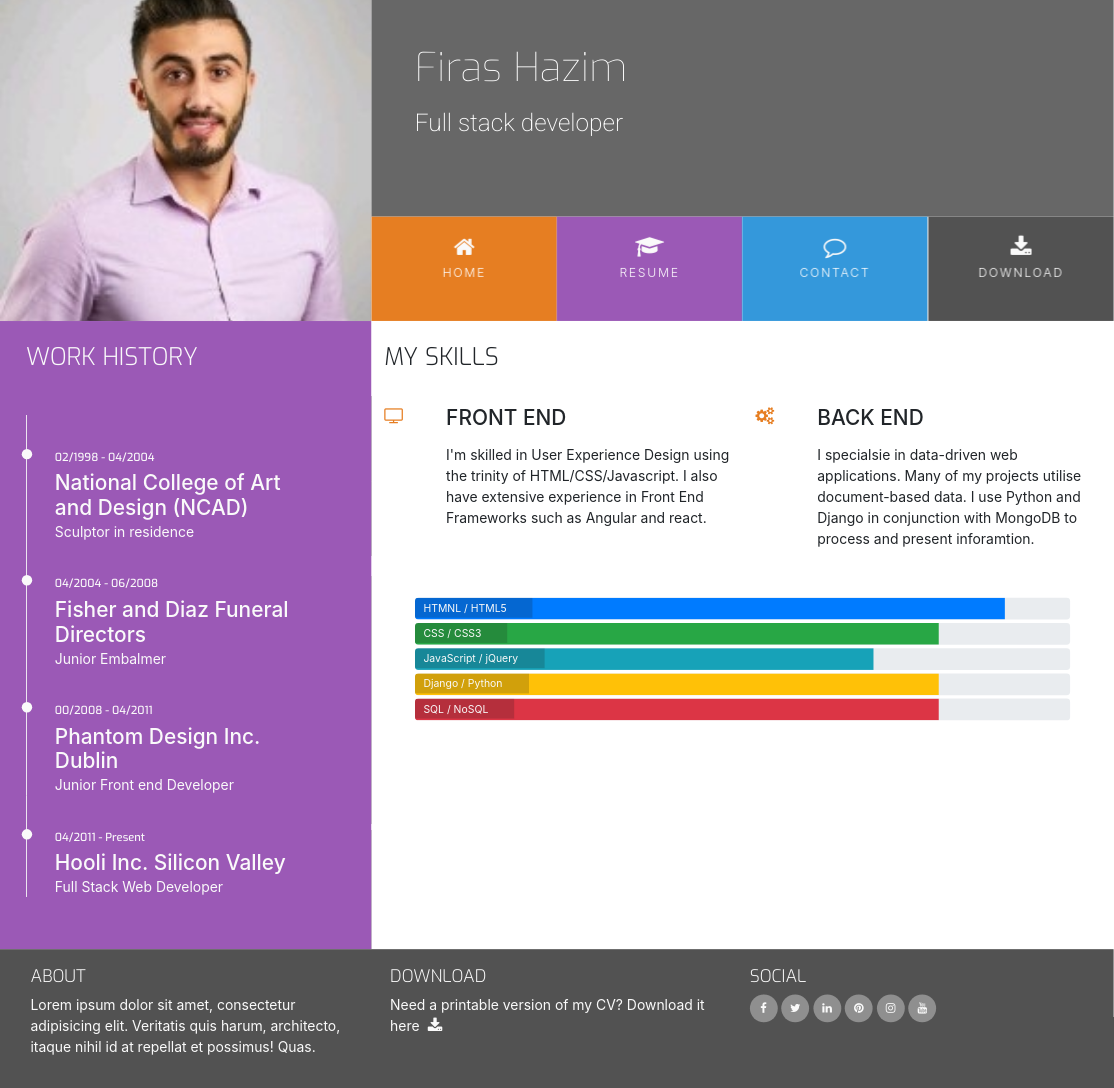
Repository: FirasH94/ResumeProject
Page: resume.html
The author's editor kept a record of every edit. The page is drawn from the files as they stood at one moment, then again after the next edit.
The browser window is 1280 px wide. The pictures show the whole page, at 87% of full size.

Above is the page before.

After the next edit:
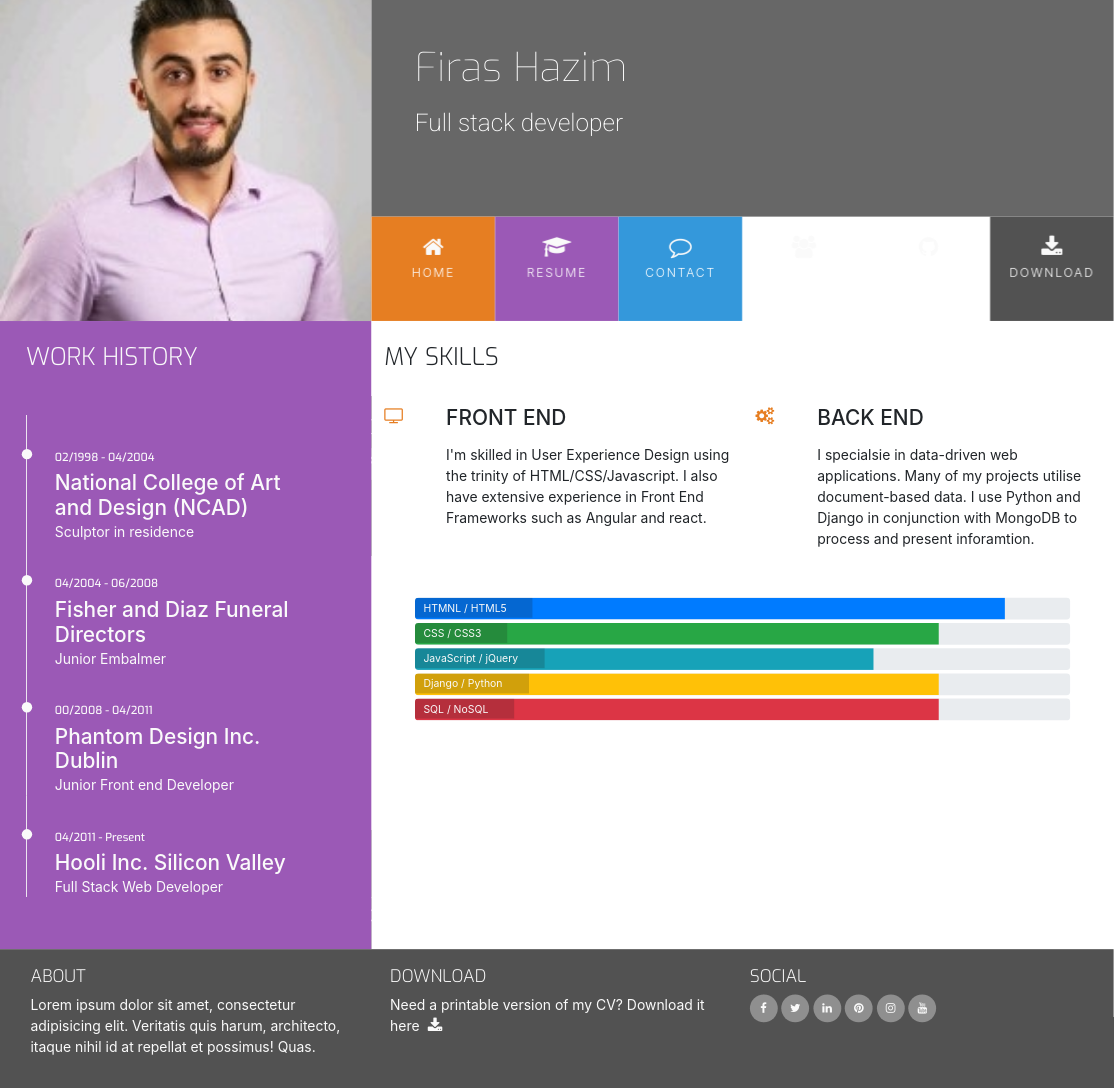
The edit:
--- a/resume.html
+++ b/resume.html
@@ -25,17 +25,23 @@
                 </div>
                 <div class="row no-gutters">
                     <div class="col">
-                        <ul id="nav" class="list-inline menucontainer">
-                            <li class="col-6 col-sm-3 ui-menu-color-home list-inline-item menuitem hvr-sweep-to-bottom">
+                          <ul id="nav" class="list-inline menucontainer">
+                            <li class="col-6 col-sm-2 ui-menu-color-home list-inline-item menuitem hvr-sweep-to-bottom">
                                 <a href="index.html"><i class="fa fa-home" aria-hidden="true"></i><span>Home</span></a>
                             </li>
-                            <li class="col-6 col-sm-3 ui-menu-color-resume list-inline-item menuitem hvr-sweep-to-bottom">
+                            <li class="col-6 col-sm-2 ui-menu-color-resume list-inline-item menuitem hvr-sweep-to-bottom">
                                 <a href="resume.html"><i class="fa fa-graduation-cap" aria-hidden="true"></i><span>Resume</span></a>
                             </li>
-                            <li class="col-6 col-sm-3 ui-menu-color-contact list-inline-item menuitem hvr-sweep-to-bottom">
+                            <li class="col-6 col-sm-2 ui-menu-color-contact list-inline-item menuitem hvr-sweep-to-bottom">
                                 <a href="contact.html"><i class="fa fa-comment-o" aria-hidden="true"></i><span>Contact</span></a>
                             </li>
-                            <li class="col-6 col-sm-3 ui-menu-color-download list-inline-item menuitem hvr-sweep-to-bottom">
+                            <li class="col-6 col-sm-2 ui-menu-color-interests list-inline-item menuitem hvr-sweep-to-bottom">
+                                <a href="interests.html"><i class="fa fa-users" aria-hidden="true"></i><span>Interests</span></a>
+                            </li>
+                            <li class="col-6 col-sm-2 ui-menu-color-github list-inline-item menuitem hvr-sweep-to-bottom">
+                                <a href="github.html"><i class="fa fa-github" aria-hidden="true"></i><span>Github</span></a>
+                            </li>
+                            <li class="col-6 col-sm-2 ui-menu-color-download list-inline-item menuitem hvr-sweep-to-bottom">
                                 <a href="assets/cv/Firas Hazim's CV.pdf" target="_blank"><i class="fa fa-download" aria-hidden="true"></i><span>Download</span></a>
                             </li>
                         </ul>
